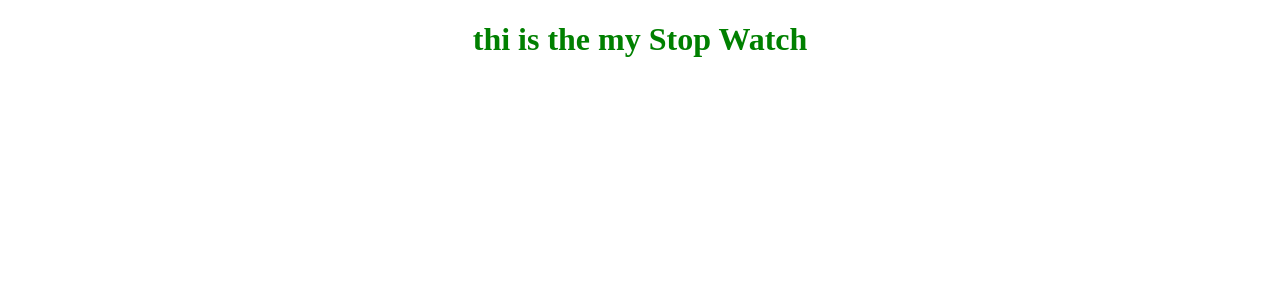
Repository: Gauravyadav678/GcounterApp
Page: / (app in gcounter/)
These files come from the project's save history. The page is drawn as it stood at one moment and after the next save; the edit follows.
The browser window is 1280 px wide. The pictures show the whole page.
The project was rebuilt for these pictures with package versions that can differ from the ones it lists, and the page was loaded fresh each time. Also part of the build but not shown: gcounter/src/index.css, gcounter/src/components/typing.js, gcounter/src/counter.js.

Above is the page before, as saved 2024-10-23 16:04:29.

### gcounter/public/index.html
<!DOCTYPE html>
<html lang="en">
  <head>
    <meta charset="utf-8" />

    <meta name="viewport" content="width=device-width, initial-scale=1" />
    <meta name="theme-color" content="#000000" />


  </head>
  <body>

    <div id="root"></div>
  </body>
</html>

### gcounter/src/App.js

import './App.css';
import StopWatch from './components/stopWatch';
import TypingWithG from './components/typing';
import CounterApp from './counter';


function App() {
  return (
    <div className="App">
      <>
      {/* <h1>This is the counter App</h1> */}
      {/* <CounterApp/>
      <TypingWithG/> */}
      <StopWatch/>
      </>
    </div>
  );
}

export default App;

### gcounter/src/App.css
.App{
  text-align: center;
  color: green;
}

### gcounter/src/components/stopWatch.js
import React ,{useState , useEffect} from "react";

function StopWatch(){
    return(
        <>
        <h1>
         thi is the my Stop Watch
        </h1>
        </>
    )
}

export default StopWatch;

Loaded but not shown: gcounter/src/index.js (common file); gcounter/src/reportWebVitals.js (common file)

After the next save:
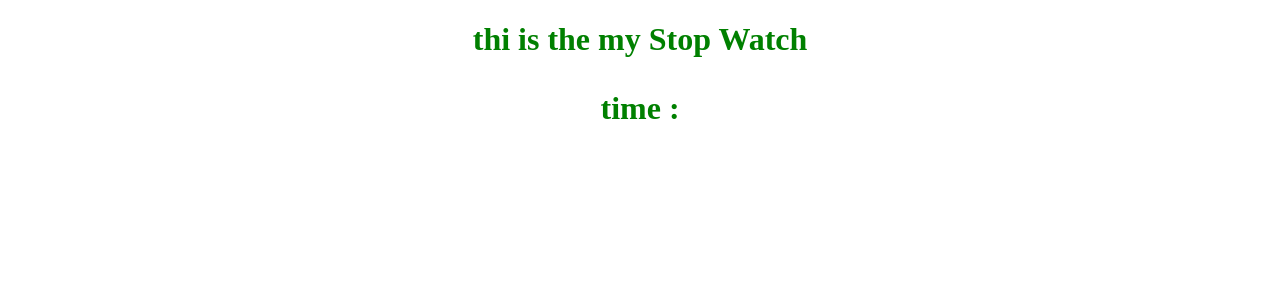
Saved 30 s later.
--- a/gcounter/src/components/stopWatch.js
+++ b/gcounter/src/components/stopWatch.js
@@ -5,6 +5,8 @@ function StopWatch(){
         <>
         <h1>
          thi is the my Stop Watch
+
+        <p>time : </p>
         </h1>
         </>
     )
